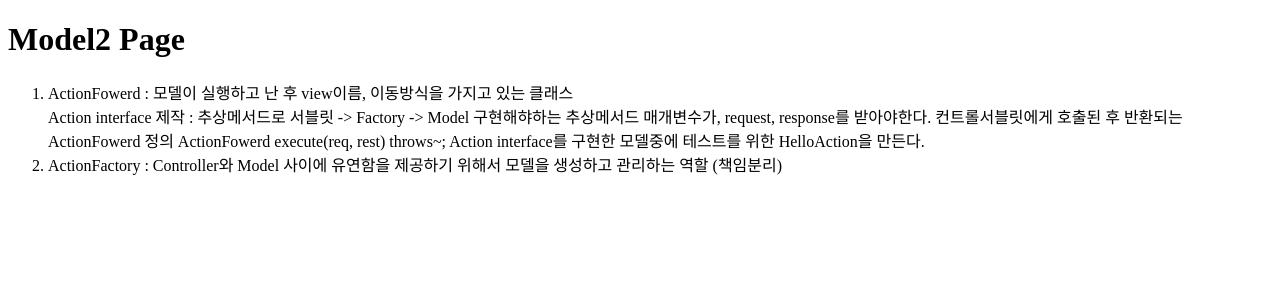
Repository: hyo-lang/java_ICT
Page: http://localhost/mvc1024/
An editor plug-in stored every save of this project. The page is shown before and after the next save, followed by the edit.
The browser window is 1280 px wide. The pictures show the whole page.
The page is served by Tomcat 9. Other server files are loaded and not shown.

Above is the page before, as saved 2024-10-24 03:23:03.

### mvc1024/src/main/webapp/index.jsp
<%@ page language="java" contentType="text/html; charset=EUC-KR"
    pageEncoding="EUC-KR"%>
<!DOCTYPE html>
<html>
<head>
<meta charset="EUC-KR">
<title>Insert title here</title>
</head>
<body>
<h1>Model2 Page</h1>
<ol>
<li>ActionFowerd : 모델이 실행하고 난 후 view이름, 이동방식을 가지고 있는 클래스</li>
<il>Action interface 제작 : 추상메서드로 서블릿 -> Factory -> Model 구현해햐하는 추상메서드
매개변수가, request, response를 받아야한다. 컨트롤서블릿에게 호출된 후 반환되는 ActionFowerd 정의
ActionFowerd execute(req, rest) throws~;</il>
<il>Action interface를 구현한 모델중에 테스트를 위한 HelloAction을 만든다.</il>
<li>ActionFactory : Controller와 Model 사이에 유연함을 제공하기 위해서 모델을 생성하고 관리하는 역할 (책임분리)</li>
</ol>
</body>
</html>

After the next save:
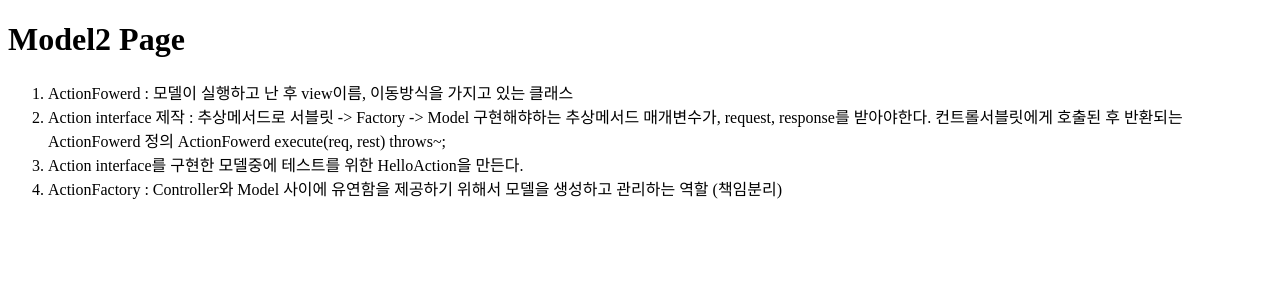
Saved 24 s later.
--- a/mvc1024/src/main/webapp/index.jsp
+++ b/mvc1024/src/main/webapp/index.jsp
@@ -10,10 +10,10 @@
 <h1>Model2 Page</h1>
 <ol>
 <li>ActionFowerd : 모델이 실행하고 난 후 view이름, 이동방식을 가지고 있는 클래스</li>
-<il>Action interface 제작 : 추상메서드로 서블릿 -> Factory -> Model 구현해햐하는 추상메서드
+<li>Action interface 제작 : 추상메서드로 서블릿 -> Factory -> Model 구현해햐하는 추상메서드
 매개변수가, request, response를 받아야한다. 컨트롤서블릿에게 호출된 후 반환되는 ActionFowerd 정의
-ActionFowerd execute(req, rest) throws~;</il>
-<il>Action interface를 구현한 모델중에 테스트를 위한 HelloAction을 만든다.</il>
+ActionFowerd execute(req, rest) throws~;</li>
+<li>Action interface를 구현한 모델중에 테스트를 위한 HelloAction을 만든다.</li>
 <li>ActionFactory : Controller와 Model 사이에 유연함을 제공하기 위해서 모델을 생성하고 관리하는 역할 (책임분리)</li>
 </ol>
 </body>
